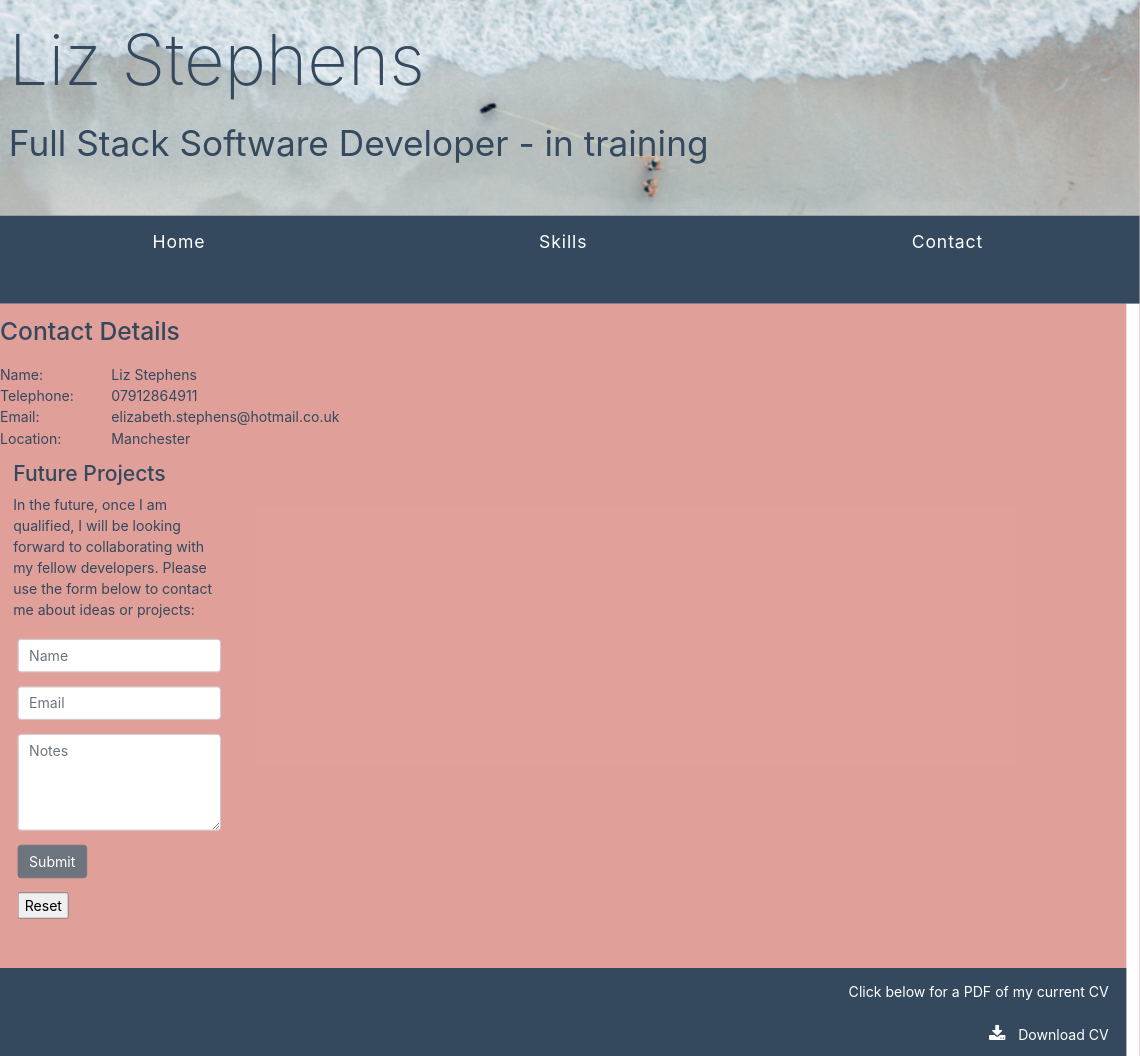
Repository: Liz94688/portfolio-site
Page: contact.html
The author's editor kept a record of every edit. The page is drawn from the files as they stood at one moment, then again after the next edit.
The browser window is 1280 px wide. The page is 1295 px wide, so the pictures cover 1295 px, including what lies to the right of the window. The pictures show the whole page, at 88% of full size.

Above is the page before.

After the next edit:
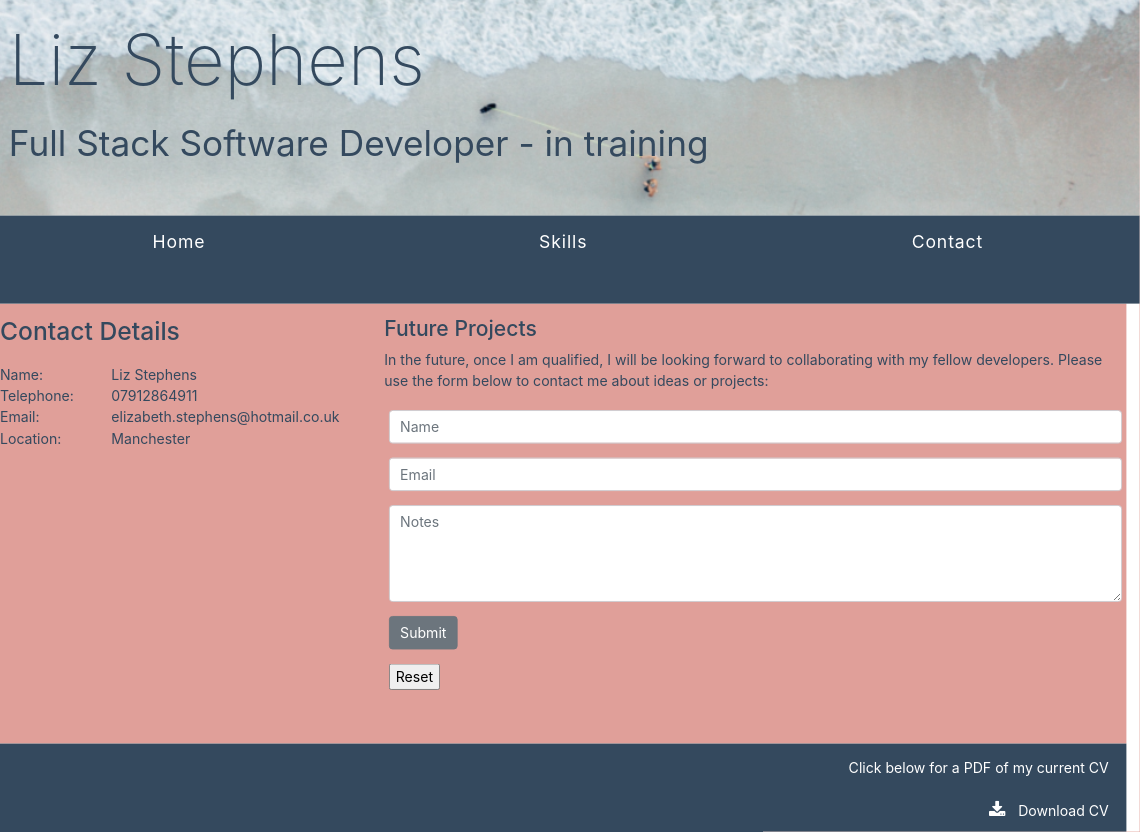
The edit:
--- a/contact.html
+++ b/contact.html
@@ -50,35 +50,35 @@
                     </div>
                 </div>
                 <div class="row">
-                <div class="col-12">
-                    <div class="contact-details-itemised">
-                        <div class="key">
-                            <p>Name:</p>
-                        </div>
-                        <div class="value">
-                            <p>Liz Stephens</p>
-                        </div>
-                        <div class="key">
-                            <p>Telephone:</p>
-                        </div>
-                        <div class="value">
-                            <p>07912864911</p>
-                        </div>
-                        <div class="key">
-                            <p>Email:</p>
-                        </div>
-                        <div class="value">
-                            <p>elizabeth.stephens@hotmail.co.uk</p>
-                        </div>
-                        <div class="key">
-                            <p>Location:</p>
-                        </div>
-                        <div class="value">
-                            <p>Manchester</p>
+                    <div class="col-12">
+                        <div class="contact-details-itemised">
+                            <div class="key">
+                                <p>Name:</p>
+                            </div>
+                            <div class="value">
+                                <p>Liz Stephens</p>
+                            </div>
+                            <div class="key">
+                                <p>Telephone:</p>
+                            </div>
+                            <div class="value">
+                                <p>07912864911</p>
+                            </div>
+                            <div class="key">
+                                <p>Email:</p>
+                            </div>
+                            <div class="value">
+                                <p>elizabeth.stephens@hotmail.co.uk</p>
+                            </div>
+                            <div class="key">
+                                <p>Location:</p>
+                            </div>
+                            <div class="value">
+                                <p>Manchester</p>
+                            </div>
                         </div>
                     </div>
                 </div>
-
             </div>
 
             <div class="col-md-8 contact-form">
